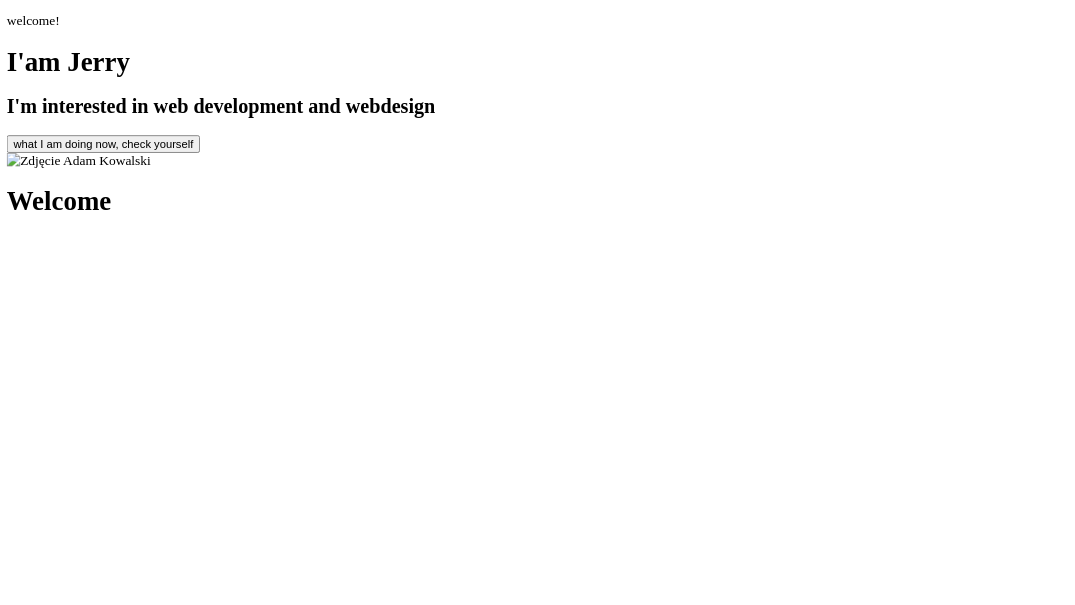
Repository: navanweb/dev
Page: jerry.html
These files come from the project's save history. The page is drawn as it stood at one moment and after the next save; the edit follows.
The browser window is 1280 px wide. The pictures show the whole page, at 84% of full size.

Above is the page before, as saved 2019-04-06 17:22:49.
Not found: images/photo1.png

### jerry.html
<!DOCTYPE html>
<html>

<head>
  <meta charset="UTF-8">
  <meta name="viewport" content="width=device-width, initial-scale=1.0">
  <meta http-equiv="X-UA-Compatible" content="ie=edge">
  <div class="welcome">
    <p>welcome!</p>
    <h1>I'am Jerry</h1>
    <h2>I'm interested in web development and webdesign</h2>
    <button>what I am doing now, check yourself</button>
  </div>
  <img src="images/photo1.png" alt="Zdjęcie Adam Kowalski">
</head>

<body>
  <h1>Welcome</h1>
</body>

</html>

After the next save:
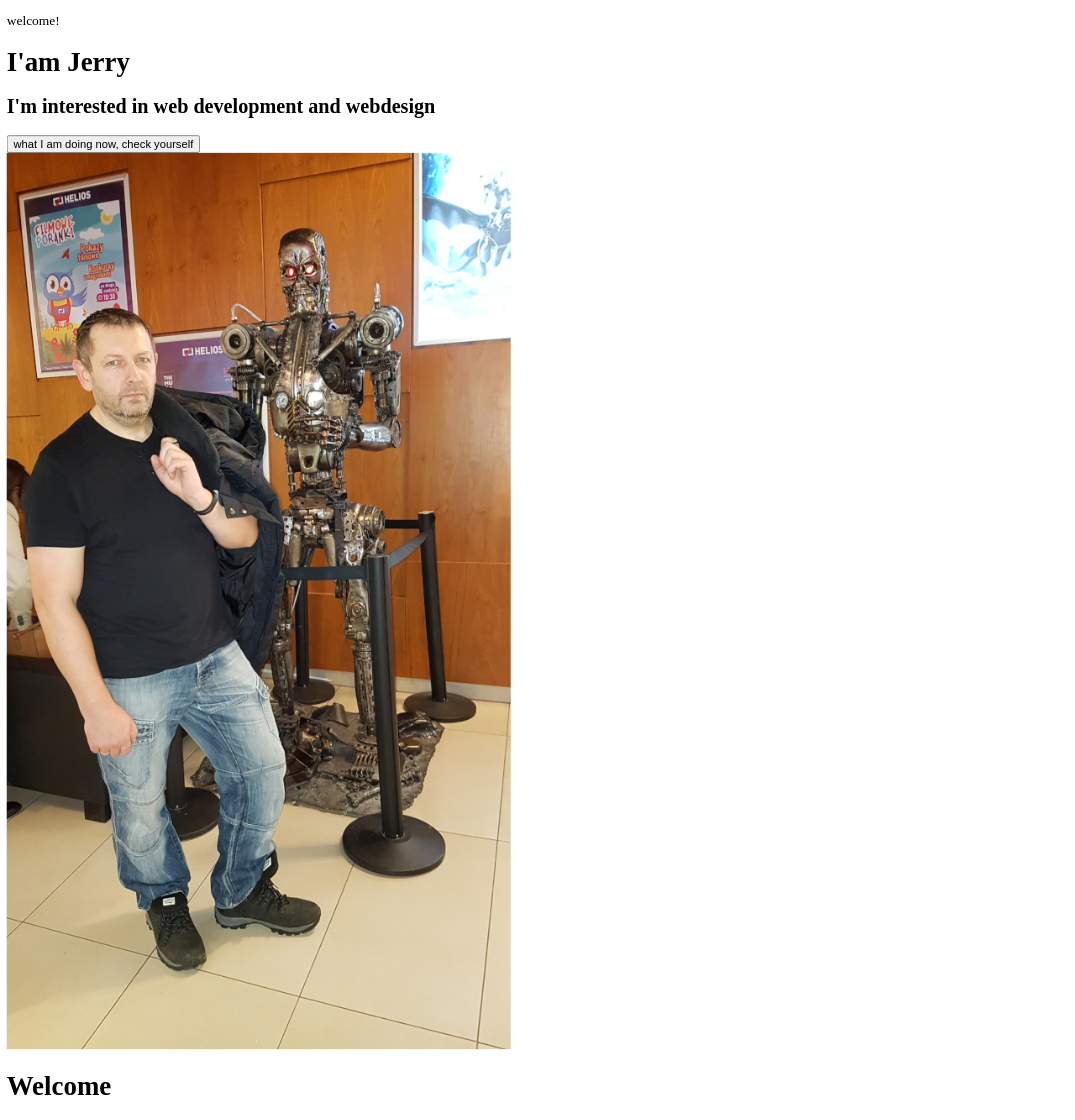
Saved 5 min 16 s later.
--- a/jerry.html
+++ b/jerry.html
@@ -11,7 +11,7 @@
     <h2>I'm interested in web development and webdesign</h2>
     <button>what I am doing now, check yourself</button>
   </div>
-  <img src="images/photo1.png" alt="Zdjęcie Adam Kowalski">
+  <img src="images/jerry.jpg" alt="Jerry photo PCWitcher">
 </head>
 
 <body>
